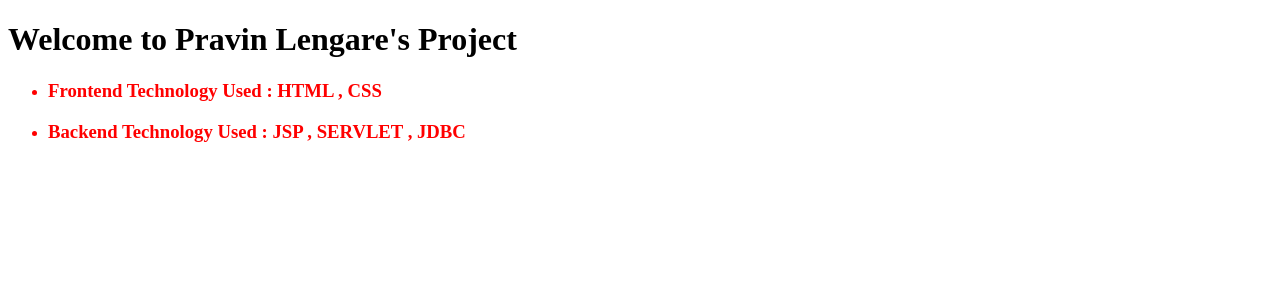
Repository: PravinLengare/Advance-Java
Page: http://localhost/Login-Register/
An editor plug-in stored every save of this project. The page is shown before and after the next save, followed by the edit.
The browser window is 1280 px wide. The pictures show the whole page.
The page is served by Tomcat 9. Other server files are loaded and not shown.

Above is the page before, as saved 2025-08-19 13:00:38.

### Login-Register/src/main/webapp/index.html
<!DOCTYPE html>
<html>
<head>
<meta charset="UTF-8">
<title>Index Page</title>
<link rel="stylesheet" href="style.css">
</head>
<body>
	<h1>Welcome to Pravin Lengare's Project </h1>
	<ul>
		<li><h3>Frontend Technology Used : HTML , CSS</h3></li>
		<li><h3>Backend Technology Used : JSP , SERVLET , JDBC </h3></li>

	</ul>

</body>
</html>

### Login-Register/src/main/webapp/style.css
@charset "UTF-8";
ul{
	color:red;
}
body{
	align-items: center;
}

After the next save:
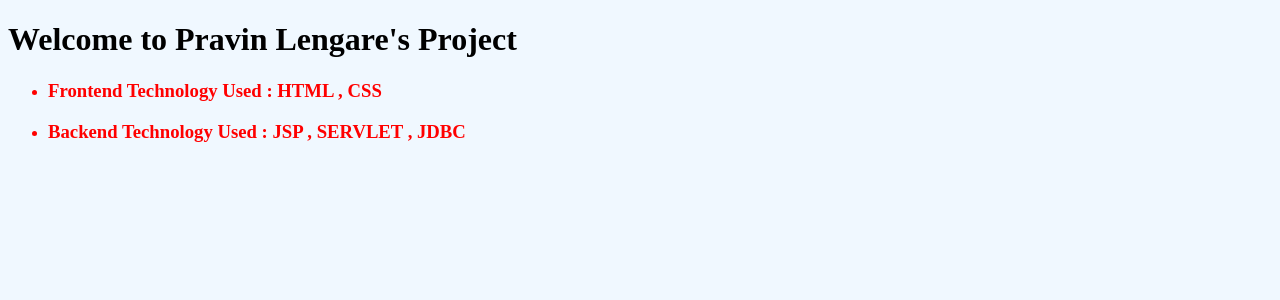
Saved 67 s later.
--- a/Login-Register/src/main/webapp/style.css
+++ b/Login-Register/src/main/webapp/style.css
@@ -4,4 +4,5 @@ ul{
 }
 body{
 	align-items: center;
+	background-color: aliceblue;
 }
